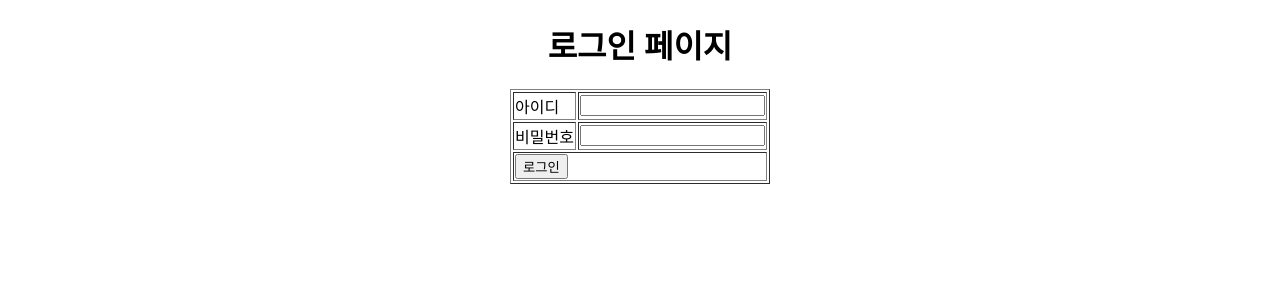
Repository: BEOMJINI/greenJsp
Page: http://localhost/basic/02.22/로그인구현실습/03_21_loginForm.jsp
These files come from the project's save history. The page is drawn as it stood at one moment and after the next save; the edit follows.
The browser window is 1280 px wide. The pictures show the whole page.
The page is served by Tomcat 9. Other server files are loaded and not shown.

Above is the page before, as saved 2023-02-22 02:02:19.

### jspWorkspace/basic/src/main/webapp/02.22/로그인구현실습/03_21_loginForm.jsp
<%@ page language="java" contentType="text/html; charset=UTF-8"
	pageEncoding="UTF-8"%>
<!DOCTYPE html>
<html>
<head>
<meta charset="UTF-8">
<title>Insert title here</title>
</head>
<body>
	<div align="center">
		<h1>로그인 페이지</h1>
		<form method="post" action="03_22_loginPro.jsp">
			<table border="1">
				<tr>
					<td>아이디</td>
					<td><input type="text" name="id"></td>
				</tr>
				<tr>
					<td>비밀번호</td>
					<td><input type="text" name="pw"></td>
				</tr>
				<tr>
				<td colspan="3">
				<button align="center">로그인</button>
				</td>

				</tr>
			</table>
		</form>
	</div>
</body>
</html>

After the next save:
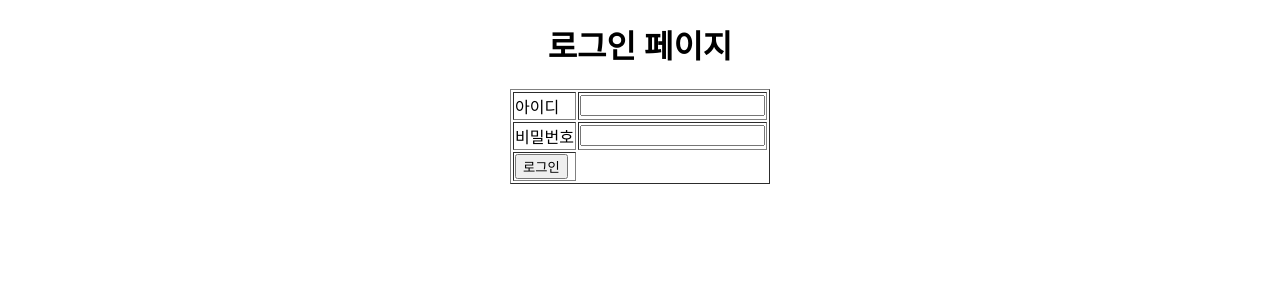
Saved 43 s later.
--- a/jspWorkspace/basic/src/main/webapp/02.22/로그인구현실습/03_21_loginForm.jsp
+++ b/jspWorkspace/basic/src/main/webapp/02.22/로그인구현실습/03_21_loginForm.jsp
@@ -20,8 +20,8 @@
 					<td><input type="text" name="pw"></td>
 				</tr>
 				<tr>
-				<td colspan="3">
-				<button align="center">로그인</button>
+				<td colspan="1">
+				<button>로그인</button>
 				</td>
 
 				</tr>

After the save that followed:
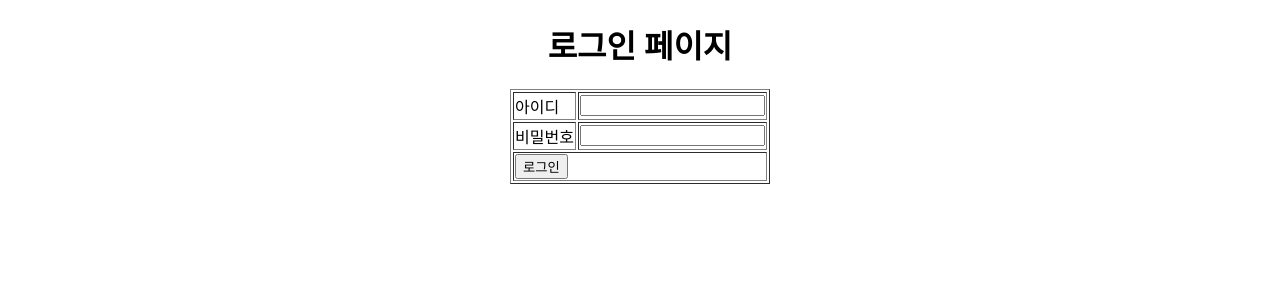
Saved 7 s later.
--- a/jspWorkspace/basic/src/main/webapp/02.22/로그인구현실습/03_21_loginForm.jsp
+++ b/jspWorkspace/basic/src/main/webapp/02.22/로그인구현실습/03_21_loginForm.jsp
@@ -20,7 +20,7 @@
 					<td><input type="text" name="pw"></td>
 				</tr>
 				<tr>
-				<td colspan="1">
+				<td colspan="2">
 				<button>로그인</button>
 				</td>
 
